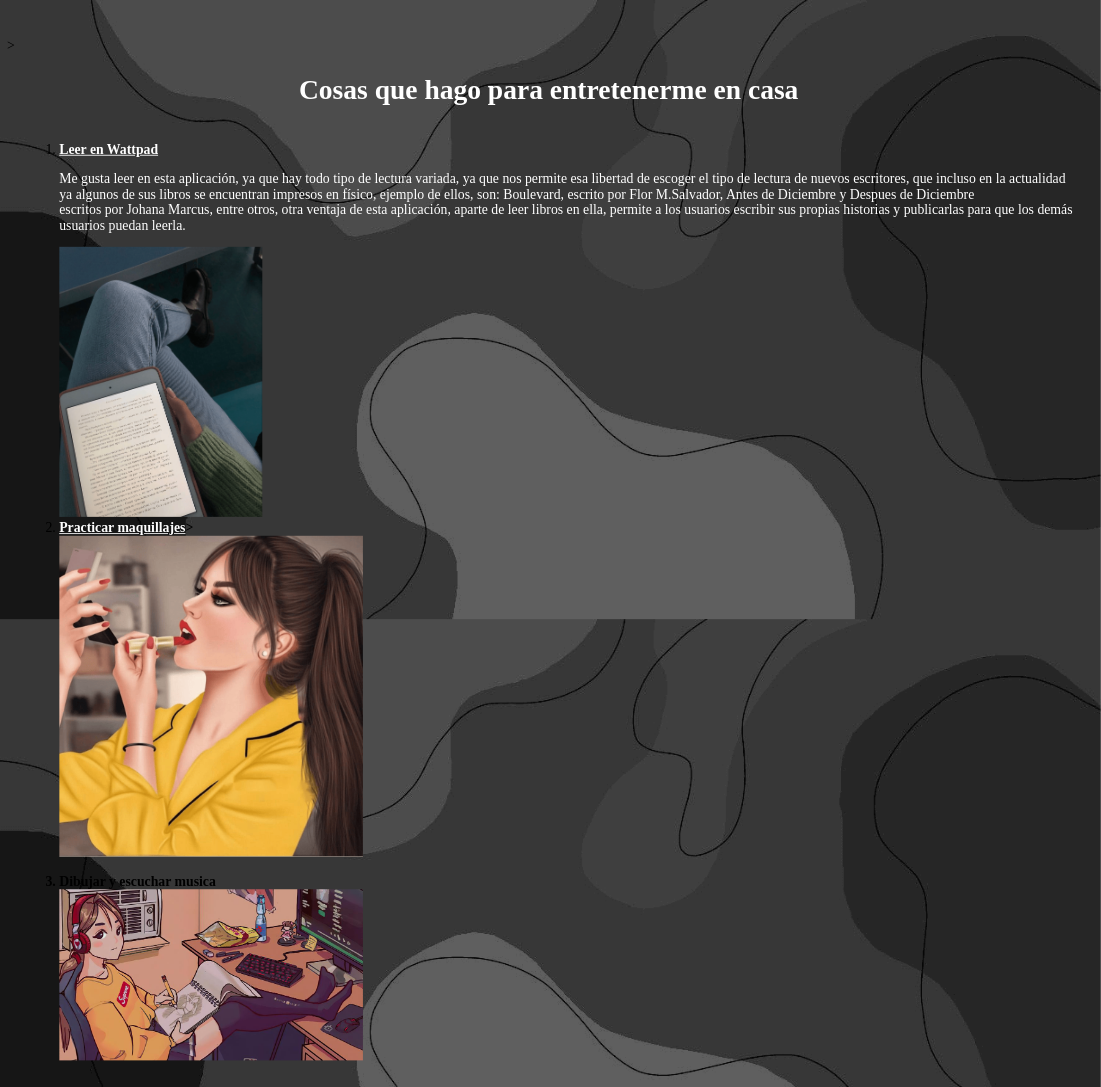
Repository: darlyn-saravia27/portafolio-darlynsaravia
Page: archivoshtml/entretenimiento.html
These files come from the project's save history. The page is drawn as it stood at one moment and after the next save; the edit follows.
The browser window is 1280 px wide. The pictures show the whole page, at 86% of full size.

Above is the page before, as saved 2023-03-05 04:11:56.

### archivoshtml/entretenimiento.html
<!DOCTYPE html>
<html lang="en">
<head>
    <meta charset="UTF-8">
    <meta http-equiv="X-UA-Compatible" content="IE=edge">
    <meta name="viewport" content="width=device-width, initial-scale=1.0">
    <title>Entretenimiento</title>
</head>
<body background="fondo.png">
    <table align="center">
        <tr>
            <td align="center"><h1><font color="white">Cosas que hago para entretenerme en casa
            </font></h1></td>
            <br>
            <br>
            <td></td>
        </tr>>
        <tr>
            <td>
                <ol type="1"><li><font color="white"><strong><u>Leer en Wattpad</strong></font></u></li>
                    <p><font color="white">Me gusta leer en esta aplicación, ya que hay todo tipo de lectura variada, ya que nos permite esa libertad
                    de escoger el tipo de lectura de nuevos escritores, que incluso en la actualidad <br>ya algunos de sus libros
                    se encuentran impresos en físico, ejemplo de ellos, son: Boulevard, escrito por Flor M.Salvador, Antes de Diciembre
                    y Despues de Diciembre <br>escritos por Johana Marcus, entre otros, otra ventaja de esta aplicación, aparte de leer libros
                    en ella, permite a los usuarios escribir sus propias historias y publicarlas para que los demás<br> usuarios puedan leerla.</p>
                    <img src="Book.png" width="20%" height="20%">
                <li type="1"><font color="white"><strong><u>Practicar maquillajes</font></font></u>></li>
                    <img src="art.png" width="30%" height="30%">
                    <p></p>
                <li type="1">Dibujar y escuchar musica</li>
                    <img src="dibujo.png" width="30%" height="30%">
                </ol>
            </td>

</body>
</html>

After the next save:
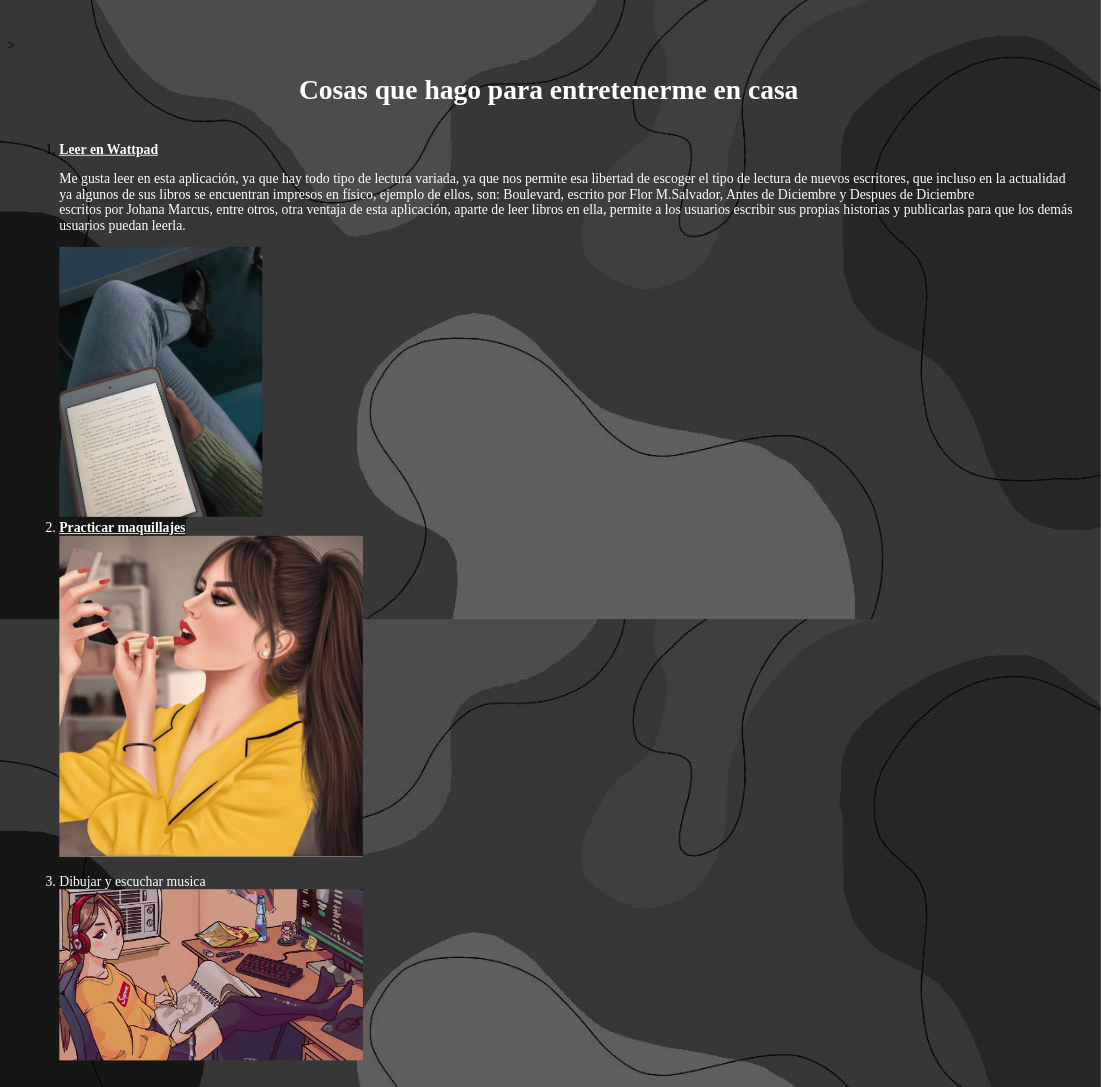
Saved 21 s later.
--- a/archivoshtml/entretenimiento.html
+++ b/archivoshtml/entretenimiento.html
@@ -24,7 +24,7 @@
                     y Despues de Diciembre <br>escritos por Johana Marcus, entre otros, otra ventaja de esta aplicación, aparte de leer libros
                     en ella, permite a los usuarios escribir sus propias historias y publicarlas para que los demás<br> usuarios puedan leerla.</p>
                     <img src="Book.png" width="20%" height="20%">
-                <li type="1"><font color="white"><strong><u>Practicar maquillajes</font></font></u>></li>
+                <li type="1"><font color="white"><strong><u>Practicar maquillajes</strong></font></u></li>
                     <img src="art.png" width="30%" height="30%">
                     <p></p>
                 <li type="1">Dibujar y escuchar musica</li>
